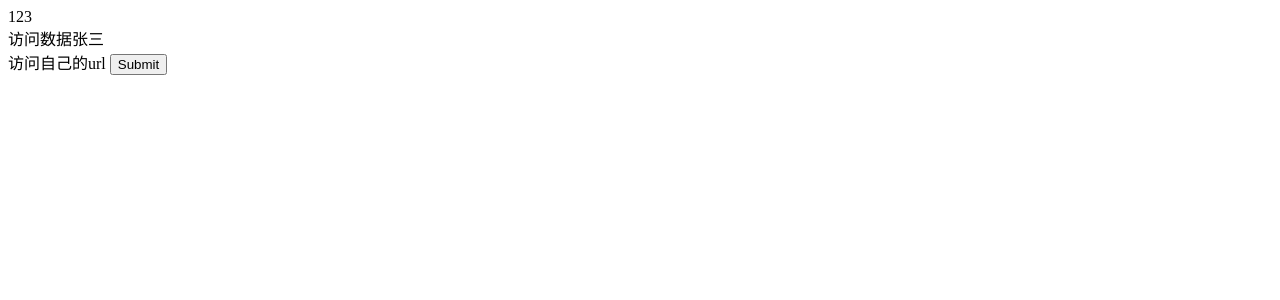
Repository: erdanergou/VueLearn
Page: vuelearn2/chacao.html
These files come from the project's save history. The page is drawn as it stood at one moment and after the next save; the edit follows.
The browser window is 1280 px wide. The pictures show the whole page.

Above is the page before, as saved 2022-07-22 11:30:15.

### vuelearn2/chacao.html
<!DOCTYPE html>
<html lang="en">
<head>
    <meta charset="UTF-8">
    <meta http-equiv="X-UA-Compatible" content="IE=edge">
    <meta name="viewport" content="width=device-width, initial-scale=1.0">
    <title>chacao</title>
    <script src="js/vue.js"></script>
</head>
<body>
    <!-- 插槽内可以包含任何模板代码,包括html甚至其他组件 -->
    <script>
        Vue.component("navigation-link",{
            template:`
            <a v-bind:href="url" class="nav-link">
                <slot></slot>
            </a>
            `
        })
    </script>
    <navigation-link url="#">
        <span>123</span>
    </navigation-link>
    <br>
    <!-- 编译作用域 -->
    <!-- 该插槽跟模板的其它地方一样可以访问相同的实例 property (也就是相同的“作用域”)，而不能访问 <navigation-link> 的作用域。 -->

        <!-- 父级模板里的所有内容都是在父级作用域中编译的；子模板里的所有内容都是在子作用域中编译的。 -->
    <navigation-link url="#" id="example-1">
        访问数据{{user.name}}
        <br>
        访问自己的url{{url}}
        <!--
        这里的 `url` 会是 undefined，因为其 (指该插槽的) 内容是
        _传递给_ <navigation-link> 的而不是
        在 <navigation-link> 组件*内部*定义的。
        -->
    </navigation-link>
    <script>
        var example1 = new Vue({
            el:"#example-1",
            data:{
                user:{
                    name:"张三"
                },
                url:""
            }
        })
    </script>

    <!-- 后备内容，它只会在没有提供内容的时候被渲染。 -->
    <!-- 当父级组件使用该组件并没有提供任何插槽内容时，将会渲染后备内容 -->
    <!-- 但当提供插槽内容时，将会根据插槽内容渲染后备内容 -->
    <button type="submit">
        <slot>Submit</slot>
    </button>


    <!-- 具名插槽 -->
    <!-- 一个不带 name 的 <slot> 出口会带有隐含的名字“default”。 -->
    <div class="container">
        <header>
          <!-- 我们希望把页头放这里 -->
          <slot name="header"></slot>
        </header>
        <main>
          <!-- 我们希望把主要内容放这里 -->
          <slot name="main"></slot>
        </main>
        <footer>
          <!-- 我们希望把页脚放这里 -->
          <slot name="footer"></slot>
        </footer>
      </div>

</body>
</html>

Loaded but not shown: vuelearn2/js/vue.js (library)

After the next save:
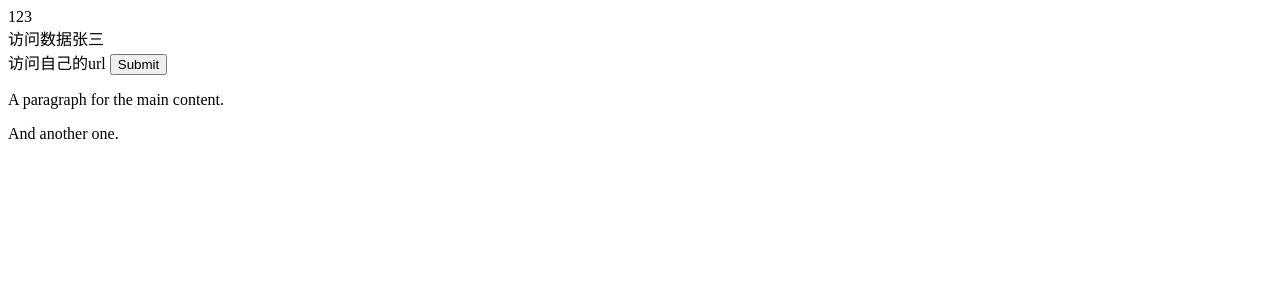
Saved 9 s later.
--- a/vuelearn2/chacao.html
+++ b/vuelearn2/chacao.html
@@ -72,6 +72,15 @@
           <slot name="footer"></slot>
         </footer>
       </div>
+      <template v-slot:header>
+        <h1>Here might be a page title</h1>
+      </template>
 
+      <p>A paragraph for the main content.</p>
+      <p>And another one.</p>
+
+      <template v-slot:footer>
+        <p>Here's some contact info</p>
+      </template>
 </body>
 </html>

After the 2 saves that followed:
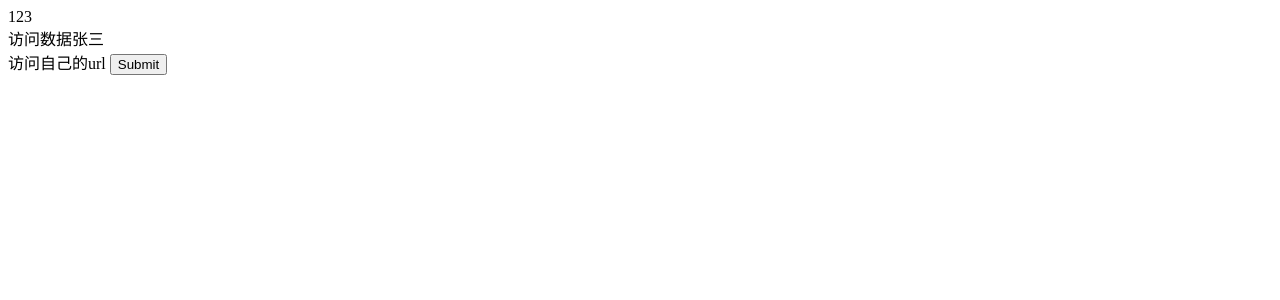
The 2 saves are shown as one change because 1 left the picture as it was.
The last was saved 23 s later.
--- a/vuelearn2/chacao.html
+++ b/vuelearn2/chacao.html
@@ -76,11 +76,6 @@
         <h1>Here might be a page title</h1>
       </template>
 
-      <p>A paragraph for the main content.</p>
-      <p>And another one.</p>
 
-      <template v-slot:footer>
-        <p>Here's some contact info</p>
-      </template>
 </body>
 </html>
